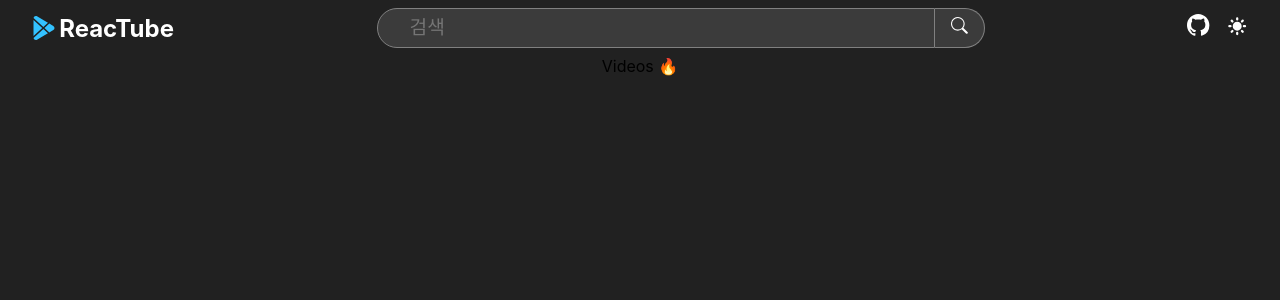
Repository: MrJinkyu/youtube
Page: /
The author's editor kept a copy of each file at every save. The page is drawn from the files as they stood at one save, then again after the next save.
The browser window is 1280 px wide. The pictures show the whole page.
The project was rebuilt for these pictures with package versions that can differ from the ones it lists, and the page was loaded fresh each time. Also part of the build but not shown: src/pages/NotFound.jsx, src/pages/VideoDetail.jsx.

Above is the page before, as saved 2023-05-09 18:04:35.

After the next save:
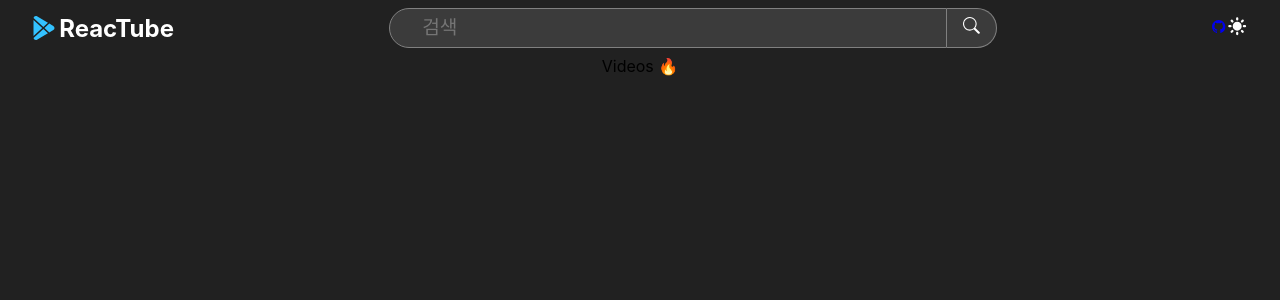
Saved 93 s later.
--- a/src/components/SearchHeader.jsx
+++ b/src/components/SearchHeader.jsx
@@ -37,12 +37,12 @@
                 <button className={styles.searchBtn}><BsSearch/></button>
             </form>
             <div className={styles.btns}>
-                <button>
-                    <a className={styles.github} href='https://github.com/MrJinkyu?tab=repositories' target='blank'>
+                <button className={styles.btn}>
+                    <a className={styles.link} href='https://github.com/MrJinkyu?tab=repositories' target='blank'>
                         <BsGithub/>
                     </a>
                 </button>
-                <button>
+                <button className={styles.btn}>
                     <HiSun className={styles.mode}/>
                 </button>
             </div>

After the save that followed:
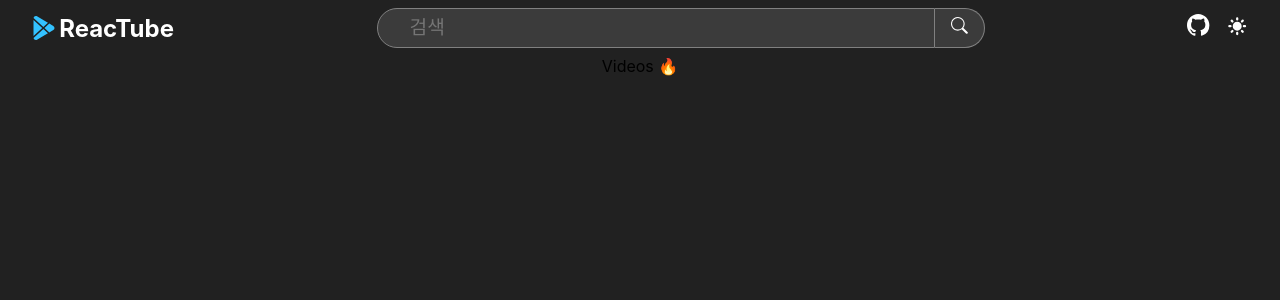
Saved 54 s later.
--- a/src/components/SearchHeader.module.css
+++ b/src/components/SearchHeader.module.css
@@ -67,7 +67,7 @@
     align-items: center;
 }
 
-.github{
+.link{
     color: white;
     text-decoration: none;
     margin-right: 1rem;
